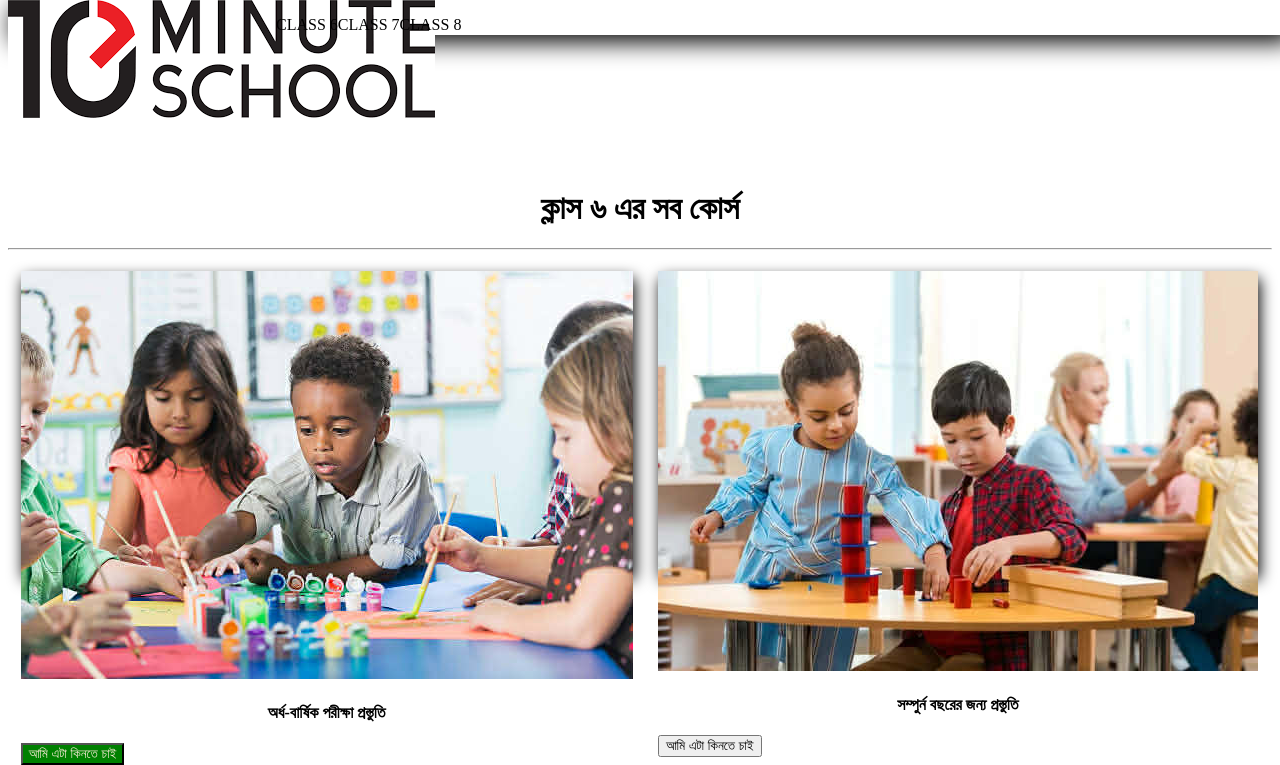
Repository: ridhukhan/10MinuteCourse
Page: /
These files come from the project's save history. The page is drawn as it stood at one moment and after the next save; the edit follows.
The browser window is 1280 px wide. The pictures show the whole page.
The project was rebuilt for these pictures with package versions that can differ from the ones it lists, and the page was loaded fresh each time. Also part of the build but not shown: vite.config.js.

Above is the page before, as saved 2025-12-14 20:03:32.

After the next save:
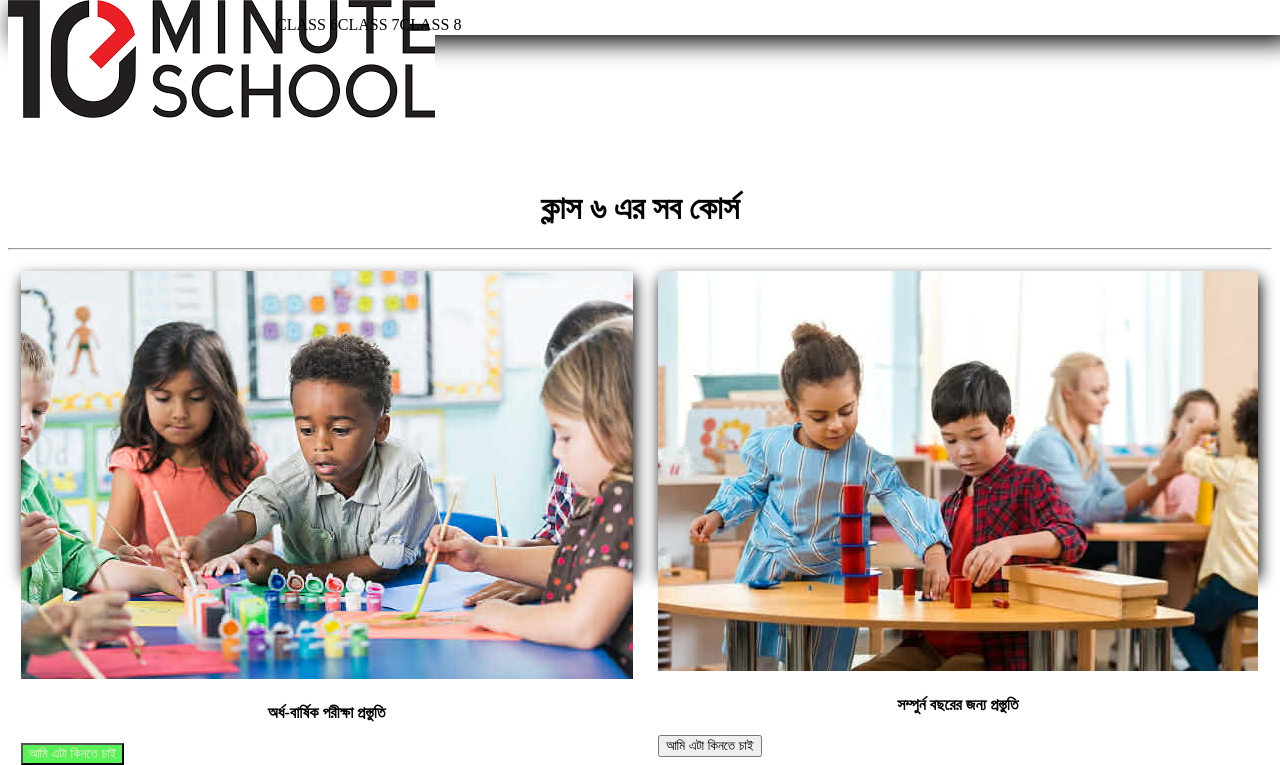
Saved 11 s later.
--- a/src/Component/Class6c.css
+++ b/src/Component/Class6c.css
@@ -24,6 +24,6 @@
     text-align: center;
 }
 .class61i button{
-  background: green;
+  background: rgb(88, 241, 88);
   color: antiquewhite;
 }
